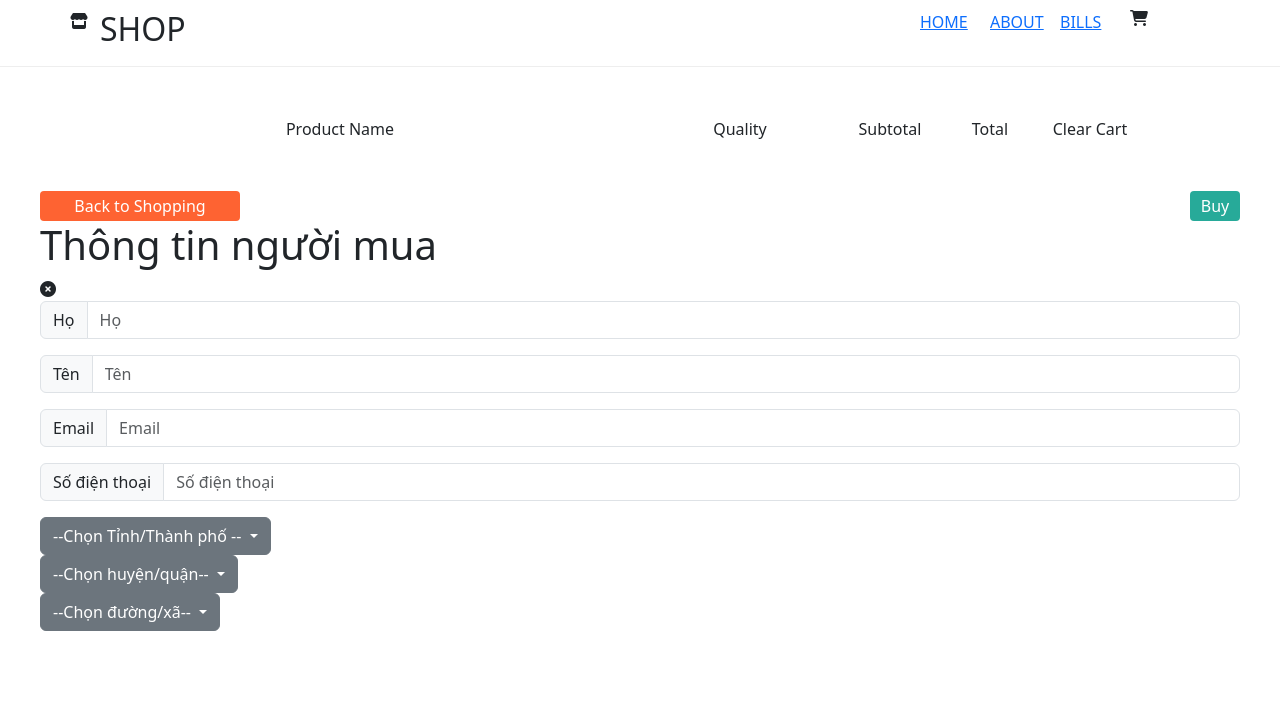
Repository: nguyenhaidang212/danh-sach-ban-hang
Page: index.html
The author's editor kept a copy of each file at every save. The page is drawn from the files as they stood at one save, then again after the next save.
The browser window is 1280 px wide. The pictures show the whole page.
Some web libraries are served in a nearby version.

Above is the page before, as saved 2023-02-10 14:40:51.

### index.html
<!DOCTYPE html>
<html lang="en">
  <head>
    <meta charset="UTF-8" />
    <meta http-equiv="X-UA-Compatible" content="IE=edge" />
    <meta name="viewport" content="width=device-width, initial-scale=1.0" />
    <title>Danh sach ban hang</title>
    <link rel="stylesheet" href="style.css" />
    <script
      src="https://kit.fontawesome.com/2568d54abe.js"
      crossorigin="anonymous"
    ></script>
    <link
      href="https://cdn.jsdelivr.net/npm/bootstrap@5.3.0-alpha1/dist/css/bootstrap.min.css"
      rel="stylesheet"
      integrity="sha384-GLhlTQ8iRABdZLl6O3oVMWSktQOp6b7In1Zl3/Jr59b6EGGoI1aFkw7cmDA6j6gD"
      crossorigin="anonymous"
    />
    <script
      src="https://cdn.jsdelivr.net/npm/bootstrap@5.3.0-alpha1/dist/js/bootstrap.bundle.min.js"
      integrity="sha384-w76AqPfDkMBDXo30jS1Sgez6pr3x5MlQ1ZAGC+nuZB+EYdgRZgiwxhTBTkF7CXvN"
      crossorigin="anonymous"
    ></script>
  </head>
  <body>
    <header>
      <div class="header-title">
        <i class="fas fa-store header-icon-title"></i>
        <h2>SHOP</h2>
      </div>
      <div class="header-menu">
        <div class="header-menu-home">
          <a href="">HOME</a>
        </div>
        <div class="header-menu-about">
          <a href="">ABOUT</a>
        </div>
        <div class="header-menu-bill">
          <a href="">BILLS</a>
        </div>
        <i class="fas fa-shopping-cart buy_display"></i>
      </div>
    </header>

    <!-- Trang giao dien -->
    <main class="main_menu" style="display: none">
      <div class="list"></div>
    </main>
    <!-- Trang danh sach -->
    <main class="main_buy">
      <div class="title">
        <span>Product Name</span><span>Quality</span><span>Subtotal</span
        ><span>Total</span><span>Clear Cart</span>
      </div>
      <div class="buy">
        <button id="back">Back to Shopping</button>
        <button id="buy">Buy</button>
      </div>

      <!-- Trang thanh toan -->
      <div class="buy_form">
        <div class="form_title">
          <h1>Thông tin người mua</h1>
          <i class="fa-solid fa-circle-xmark"></i>
        </div>
        <div class="form_content">
          <div class="form_grid">
            <!-- <div id="name">Họ và tên</div>
            <input type="text" placeholder="Họ" />
            <input type="text" placeholder="Tên" />
            <div id="email">Email</div>
            <input type="text" placeholder="Email" />
            <div id="phone">Số điện thoại</div>
            <input type="text" placeholder="Số điện thoại" />
            <div id="address">Địa chỉ</div> -->
            <div class="input-group mb-3">
              <span class="input-group-text" id="basic-addon1">Họ</span>
              <input
                type="text"
                class="form-control"
                placeholder="Họ"
                aria-label="Username"
                aria-describedby="basic-addon1"
              />
            </div>
            <div class="input-group mb-3">
              <span class="input-group-text" id="basic-addon1">Tên</span>
              <input
                type="text"
                class="form-control"
                placeholder="Tên"
                aria-label="Username"
                aria-describedby="basic-addon1"
              />
            </div>
            <div class="input-group mb-3">
              <span class="input-group-text" id="basic-addon1">Email</span>
              <input
                type="text"
                class="form-control"
                placeholder="Email"
                aria-label="Username"
                aria-describedby="basic-addon1"
              />
            </div>
            <div class="input-group mb-3">
              <span class="input-group-text" id="basic-addon1"
                >Số điện thoại</span
              >
              <input
                type="text"
                class="form-control"
                placeholder="Số điện thoại"
                aria-label="Username"
                aria-describedby="basic-addon1"
              />
            </div>

            <div class="dropdown">
              <button
                class="btn btn-secondary dropdown-toggle"
                type="button"
                data-bs-toggle="dropdown"
                aria-expanded="false"
              >
                --Chọn Tỉnh/Thành phố --
              </button>
              <ul class="dropdown-menu">
                <li><a class="dropdown-item" href="#">Action</a></li>
                <li><a class="dropdown-item" href="#">Another action</a></li>
                <li>
                  <a class="dropdown-item" href="#">Something else here</a>
                </li>
              </ul>
            </div>
            <div class="dropdown">
              <button
                class="btn btn-secondary dropdown-toggle"
                type="button"
                data-bs-toggle="dropdown"
                aria-expanded="false"
              >
                --Chọn huyện/quận--
              </button>
              <ul class="dropdown-menu">
                <li><a class="dropdown-item" href="#">Action</a></li>
                <li><a class="dropdown-item" href="#">Another action</a></li>
                <li>
                  <a class="dropdown-item" href="#">Something else here</a>
                </li>
              </ul>
            </div>
            <div class="dropdown">
              <button
                class="btn btn-secondary dropdown-toggle"
                type="button"
                data-bs-toggle="dropdown"
                aria-expanded="false"
              >
                --Chọn đường/xã--
              </button>
              <ul class="dropdown-menu">
                <li><a class="dropdown-item" href="#">Action</a></li>
                <li><a class="dropdown-item" href="#">Another action</a></li>
                <li>
                  <a class="dropdown-item" href="#">Something else here</a>
                </li>
              </ul>
            </div>
          </div>
        </div>
      </div>
    </main>
    <script src="main.js"></script>
  </body>
</html>
<!-- <div class="list_buy">
  <div class="buy-name">${e.name}</div>
  <div class="buy-quality">
    <i class="fa-solid fa-minus plus-icon"></i>
    ${e.quality}
    <i class="fa-solid fa-plus minus-icon"></i>
  </div>
  <div class="buy-price">${e.gia}</div>
  <div class="buy-sum">${e.id}</div>
  <div><i class="fa-solid fa-circle-xmark buy-del"></i></div>
</div> -->

### style.css
* {
  padding: 0;
  margin: 0;
  box-sizing: border-box;
}
.form {
  display: inline-grid;
  grid-template-columns: 150px 150px 150px 150px;
  column-gap: 20px;
  row-gap: 20px;
  text-align: center;
  margin-bottom: 20px;
}
header {
  display: flex;
  border-bottom: 1px solid #eee;
  width: 100%;
  padding: 10px 100px 10px;
  justify-content: space-between;
}
.header-title {
  display: flex;
}
h2 {
  font-size: 20px;
}
.header-icon-title {
  position: absolute;
  left: 70px;
  top: 13px;
}
.header-menu {
  display: grid;
  grid-template-columns: 50px 50px 50px 50px;
  column-gap: 20px;
}
a {
  text-decoration: none;
  color: black;
}
main {
  width: 1200px;
  margin: 50px auto;
}
.list {
  display: grid;
  margin: 0 225px;
  grid-template-columns: 180px 180px 180px 180px;
  column-gap: 10px;
  row-gap: 20px;
  text-align: center;
}
.item {
  border: 2px solid #eee;
  position: relative;
}
.item-imgs {
  width: 100%;
  height: 180px;
  display: flex;
  justify-content: center;
  align-items: center;
  margin-bottom: 8px;
  overflow: hidden;
}
.item-img {
  text-align: center;
  width: 100%;
}
.item-title {
  font-size: 20px;
  font-weight: 600;
}
.item-info {
  display: flex;
  justify-content: space-between;
  margin: 5px;
  padding: 0 10px;
  font-size: 12px;
}
.item-icon {
  position: absolute;
  border-radius: 50%;
  width: 30px;
  height: 30px;
  line-height: 30px;
  bottom: 36px;
  right: -4px;
}
.item-add {
  color: #fe6332;
  cursor: pointer;
}
.buy_display {
  cursor: pointer;
}
#back {
  background-color: #fe6332;
  color: white;
  border-radius: 4px;
  width: 200px;
  height: 30px;
  border: none;
  cursor: pointer;
}
#buy {
  background-color: #27aa99;
  color: white;
  border-radius: 4px;
  width: 50px;
  height: 30px;
  border: none;
  cursor: pointer;
}
.title {
  display: grid;
  grid-template-columns: 600px 200px 100px 100px 100px;
  text-align: center;
  margin-bottom: 20px;
}
.list_buy {
  display: flex;
  text-align: center;
  margin-bottom: 12px;
  max-height: 400px;
}
.buy-name {
  width: 600px;
}
.buy-quality {
  width: 200px;
}
.buy-price,
.buy-del,
.buy-sum {
  width: 100px;
}
.buy {
  margin: auto;
  display: flex;
  justify-content: space-between;
  margin-top: 50px;
}
.buy-del {
  color: red;
  cursor: pointer;
}
.plus-icon,
.minus-icon {
  margin: 0 24px;
  cursor: pointer;
  border: 1px solid #eee;
  padding: 4px;
  border-radius: 50%;
}
.plus-icon:hover {
  background-color: #fe6332;
}
.minus-icon:hover {
  background-color: #27aa99;
}

### main.js
const listData = [
  {
    id: 1,
    name: "Quần áo nam",
    so_luong: 100,
    gia: 100,
    src: "https://znews-photo.zadn.vn/w660/Uploaded/ycgmvjvj/2018_03_31/1.jpg",
    quality: 1,
  },
  {
    id: 2,
    name: "Điện thoại",
    so_luong: 200,
    gia: 500,
    src: "https://cdn2.cellphones.com.vn/358x358,webp,q100/media/catalog/product/t/_/t_m_12.png",
    quality: 1,
  },
  {
    id: 3,
    name: "Macbook",
    so_luong: 300,
    gia: 1000,
    src: "https://cdn.tgdd.vn/Products/Images/44/231244/macbook-air-m1-2020-gold-600x600.jpg",
    quality: 1,
  },
  {
    id: 4,
    name: "Máy ảnh",
    so_luong: 400,
    gia: 1200,
    src: "https://www.nguyenkim.com/images/detailed/644/10036326-may-anh-canon-eos-3000d-kit-ef-s-18-55mm-den-1.jpg",
    quality: 1,
  },
  {
    id: 5,
    name: "Đồng hồ",
    so_luong: 500,
    gia: 1400,
    src: "https://cdn1.viettelstore.vn/images/Product/ProductImage/medium/Apple_Watch_SE-Cell-44mm-star1.jpg",
    quality: 1,
  },
  {
    id: 6,
    name: "Giày nam",
    so_luong: 600,
    gia: 1500,
    src: "https://cdn.elly.vn/uploads/2019/08/13121739/giay-nam-cao-cap-da-that-ELLY-EGTM2-5.jpg",
    quality: 1,
  },
  {
    id: 7,
    name: "Tủ lạnh",
    so_luong: 700,
    gia: 1600,
    src: "https://cdn.tgdd.vn/Products/Images/1943/284851/tu-lanh-aqua-inverter-456-lit-aqr-m525xa-fb-600x600.jpg",
    quality: 1,
  },
  {
    id: 8,
    name: "Điều hòa",
    so_luong: 800,
    gia: 1700,
    src: "https://hangdienmaygiare.com/images/products/2020/02/22/large/dieu-hoa-1-chieu-panasonic-n9wkh-8m_1582358300.jpg",
    quality: 1,
  },
  {
    id: 9,
    name: "Máy giặt",
    so_luong: 1000,
    gia: 2000,
    src: "https://hangdienmaygiare.com/images/products/2019/09/03/large/may-giat-electrolux-ewf1042bdwa-10-kg-inverter.jpg",
    quality: 1,
  },
  {
    id: 10,
    name: "Váy đầm nữ",
    so_luong: 2000,
    gia: 300,
    src: "https://luzy.vn/wp-content/uploads/2020/05/LZD10951-18.jpg",
    quality: 1,
  },
  {
    id: 11,
    name: "Mắt kính",
    so_luong: 2100,
    gia: 400,
    src: "https://vn-test-11.slatic.net/p/5e0af4609b84659f759982ac0146f184.jpg_800x800q100.jpg_600x600Q100.jpg",
    quality: 1,
  },
  {
    id: 12,
    name: "Thắt lưng da",
    so_luong: 200,
    gia: 200,
    src: "https://hoianleather.com/wp-content/uploads/2021/04/That-lung-da-bo-that-danh-cho-nam-2.jpg",
    quality: 1,
  },
];
const keyLocalStorageListSP = "DANHSACHSP";
const keyLocalStorageItemCart = "DANHSACHITEMCART";
const listItem = document.querySelector(".list");
const $ = document.body;

localStorage.setItem(keyLocalStorageListSP, JSON.stringify(listData));
const item = JSON.parse(localStorage.getItem(keyLocalStorageListSP));
item.forEach((value) => {
  const template = `<div class="item">
  <div class="item-imgs">
    <img src="${value.src}" alt="" class="item-img"/>
  </div>
  <div class="item-icon"><i class="fa-solid fa-cart-plus item-add"></i></div>
  <div class="item-title">${value.name}</div>
  <div class="item-info">
    <div class="item-price">Giá: ${value.gia}</div>
    <div class="item-quality">Số lượng: ${value.so_luong}</div>
  </div>
</div>`;
  listItem.insertAdjacentHTML("beforeend", template);
});
const itemAdd = document.querySelectorAll(".item-add");
const arrayItemAdd = [];
const mainMenu = document.querySelector(".main_menu");
const mainBuy = document.querySelector(".main_buy");
const buyDiplay = document.querySelector(".buy");
const delItem = document.querySelector(".buy-del");
$.addEventListener("click", (e) => {
  //-----Chuyen trang-----
  if (e.target.matches(".buy_display")) {
    const listItem = JSON.parse(localStorage.getItem(keyLocalStorageItemCart));
    mainMenu.style.display = "none";
    mainBuy.style.display = "block";
    displayItem(listItem);
  }
  if (e.target.matches("#back")) {
    mainMenu.style.display = "block";
    mainBuy.style.display = "none";
    const back = document.querySelector("#back");
    document.querySelectorAll(".list_buy").forEach((e) => {
      e.remove();
    });
  }
  if (e.target.matches("#buy")) {
    // $.style.display = "none";
  }
  //-----Add Item-----
  if (e.target.matches(".item-add")) {
    addItem(e.target);
  }
  //-----Del Item-----
  if (e.target.matches(".buy-del")) {
    const itemDelName =
      e.target.parentNode.previousElementSibling.previousElementSibling
        .previousElementSibling.previousElementSibling;
    delItemBuy(itemDelName);
  }
  //-----Increase/Decrease Item----
  if (e.target.matches(".plus-icon")) {
    const listItem = JSON.parse(localStorage.getItem(keyLocalStorageItemCart));
    listItem.forEach((value) => {
      if (
        value.name == e.target.parentNode.previousElementSibling.textContent
      ) {
        value.soluong++;
      }
    });
    localStorage.setItem(keyLocalStorageItemCart, JSON.stringify(listItem));
    console.log(listItem);
    const listBuy = document.querySelectorAll(".list_buy");
    listBuy.forEach((e) => {
      e.remove();
    });
    displayItem(listItem);
  }
  if (e.target.matches(".minus-icon")) {
    const listItem = JSON.parse(localStorage.getItem(keyLocalStorageItemCart));
    listItem.forEach((value, i) => {
      if (
        value.name == e.target.parentNode.previousElementSibling.textContent
      ) {
        value.soluong--;
        if (value.soluong == 0) {
          listItem.splice(i, 1);
        }
      }
    });
    console.log(listItem);
    localStorage.setItem(keyLocalStorageItemCart, JSON.stringify(listItem));
    const listBuy = document.querySelectorAll(".list_buy");
    listBuy.forEach((e) => {
      e.remove();
    });
    displayItem(listItem);
  }
});

// // -----Them san pham-----
function addItem(value) {
  item.forEach((e) => {
    if (e.name == value.parentNode.nextElementSibling.textContent) {
      const object = {
        id: e.id,
        soluong: e.quality,
        name: e.name,
        price: e.gia,
      };
      arrayItemAdd.forEach((e, i) => {
        if (object.id == e.id) {
          object.soluong = e.soluong + 1;
          arrayItemAdd.splice(i, 1);
        }
      });
      arrayItemAdd.push(object);
    }
  });
  localStorage.setItem(keyLocalStorageItemCart, JSON.stringify(arrayItemAdd));
}

// //-----Hien thi san pham da mua-----
function displayItem(arr) {
  arr.forEach((e) => {
    item.forEach((value) => {
      if (value.id == e.id) {
        const price = Number(e.price) * Number(e.soluong);
        buyDiplay.insertAdjacentHTML(
          "beforebegin",
          `<div class="list_buy">
        <div class="buy-name">${value.name}</div>
        <div class="buy-quality">
        <i class="fa-solid fa-minus minus-icon"></i>
        ${e.soluong}
        <i class="fa-solid fa-plus plus-icon"></i>
        </div>
        <div class="buy-price">${value.gia}</div>
        <div class="buy-sum">${price}</div>
        <div><i class="fa-solid fa-circle-xmark buy-del"></i></div>
      </div>`
        );
      }
    });
  });
}

// //-----Xoa san pham-----
function delItemBuy(name) {
  name.parentNode.remove();
  arrayItemAdd.forEach((e, i) => {
    if (e.name == name.textContent) {
      arrayItemAdd.splice(i, 1);
    }
  });
  localStorage.setItem(keyLocalStorageItemCart, JSON.stringify(arrayItemAdd));
}
// localStorage.clear();

After the next save:
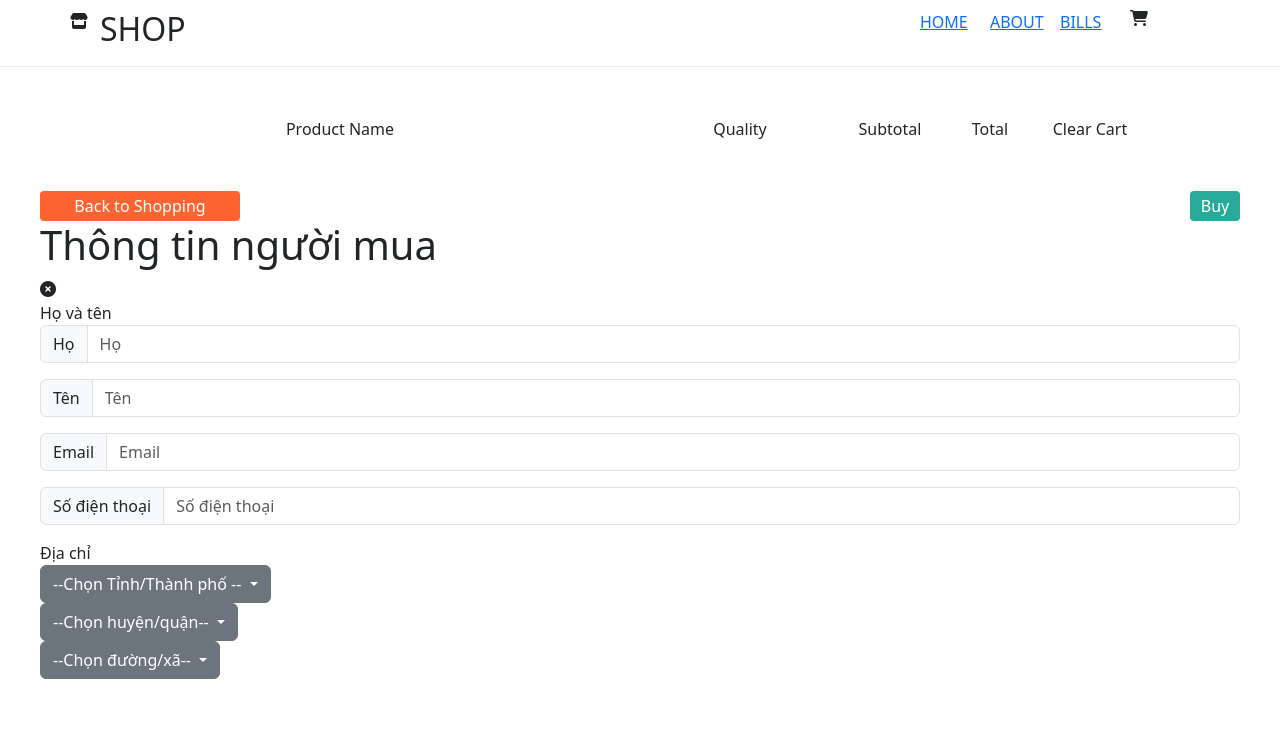
Saved 22 s later.
--- a/index.html
+++ b/index.html
@@ -73,6 +73,7 @@
             <div id="phone">Số điện thoại</div>
             <input type="text" placeholder="Số điện thoại" />
             <div id="address">Địa chỉ</div> -->
+            <div id="name">Họ và tên</div>
             <div class="input-group mb-3">
               <span class="input-group-text" id="basic-addon1">Họ</span>
               <input
@@ -115,7 +116,7 @@
                 aria-describedby="basic-addon1"
               />
             </div>
-
+            <div id="address">Địa chỉ</div>
             <div class="dropdown">
               <button
                 class="btn btn-secondary dropdown-toggle"
